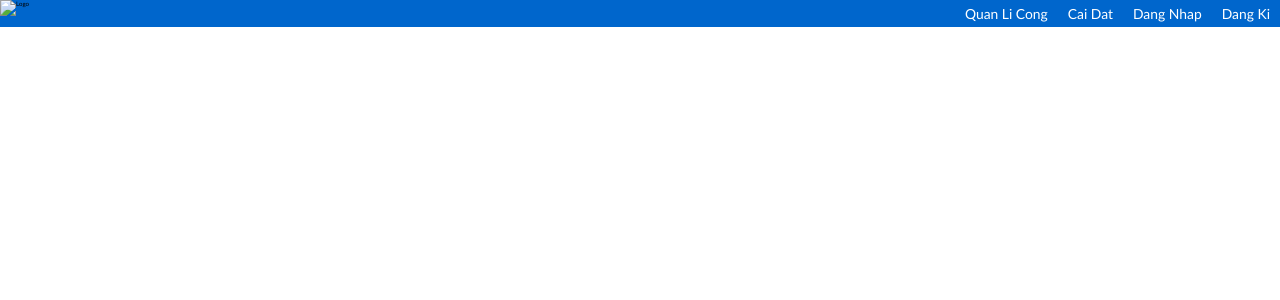
Repository: LDDUNG2003/a
Page: index.html
These files come from the project's save history. The page is drawn as it stood at one moment and after the next save; the edit follows.
The browser window is 1280 px wide. The pictures show the whole page.

Above is the page before, as saved 2023-10-12 14:08:31.

After the next save:
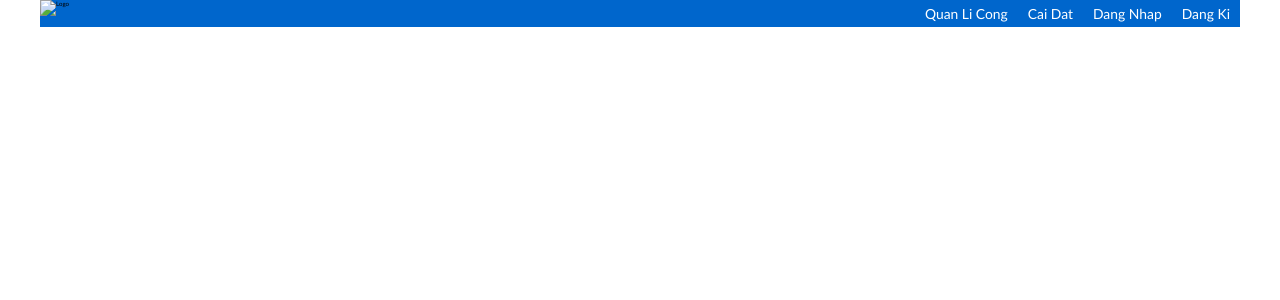
Saved 29 s later.
--- a/controlView/css/index.css
+++ b/controlView/css/index.css
@@ -9,6 +9,8 @@
 
 .navBar {
     width: 100%;
+    max-width: 1200px;
+    margin: auto;
     display: flex;
     justify-content: space-between;
     background-color: var(--primary-color);
